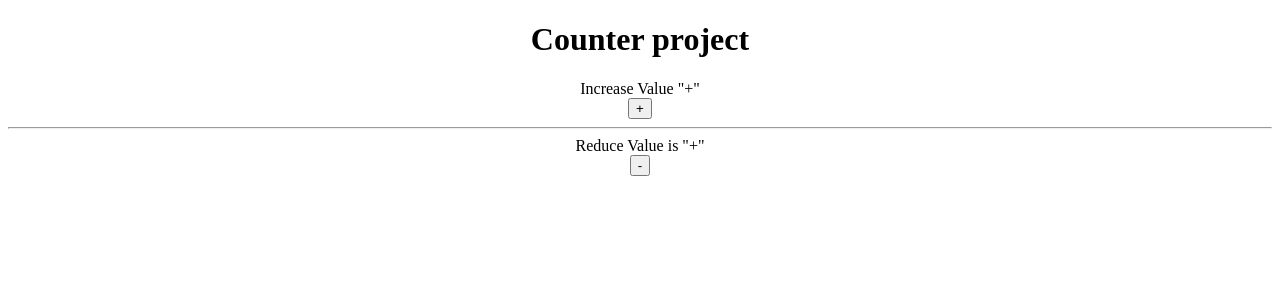
Repository: NiutaR/counter-dom
Page: index.html
These files come from the project's save history. The page is drawn as it stood at one moment and after the next save; the edit follows.
The browser window is 1280 px wide. The pictures show the whole page.

Above is the page before, as saved 2021-07-20 22:22:59.

After the next save:
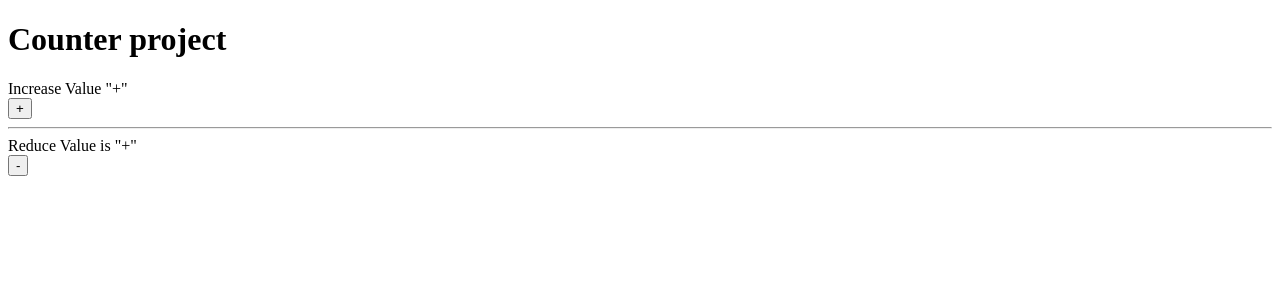
Console error: SyntaxError: Unexpected end of input
Saved 12 s later.
--- a/index.js
+++ b/index.js
@@ -6,7 +6,7 @@
 let remove = document.getElementById('decrement');
 let count = document.getElementById('startCounter');
 let start = document.getElementById('counter');
-
+count.
 //adding the div in dom
 /*const div1 = document.createElement('div');
 const node = document.createTextNode('Beggining');

After the 3 saves that followed:
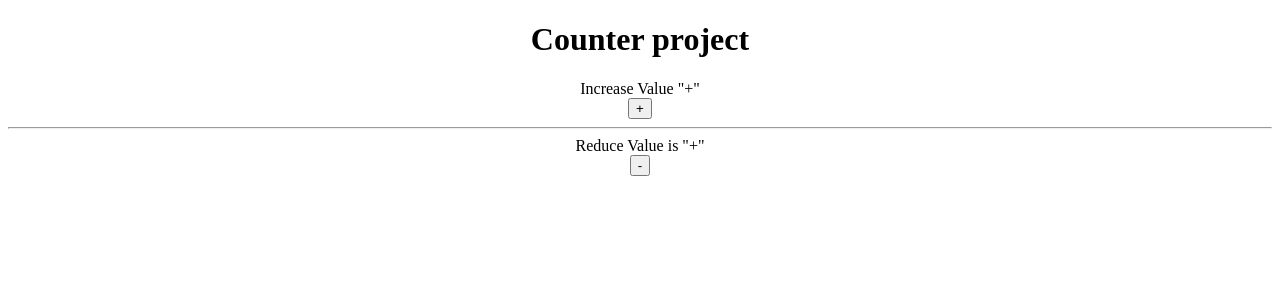
Console error: TypeError: Cannot read properties of undefined (reading 'inner')
The 3 saves are shown as one change because 1 left the picture as it was and some came seconds apart.
The last was saved 34 s later.
--- a/index.js
+++ b/index.js
@@ -6,7 +6,7 @@
 let remove = document.getElementById('decrement');
 let count = document.getElementById('startCounter');
 let start = document.getElementById('counter');
-count.
+count.start.inner
 //adding the div in dom
 /*const div1 = document.createElement('div');
 const node = document.createTextNode('Beggining');
